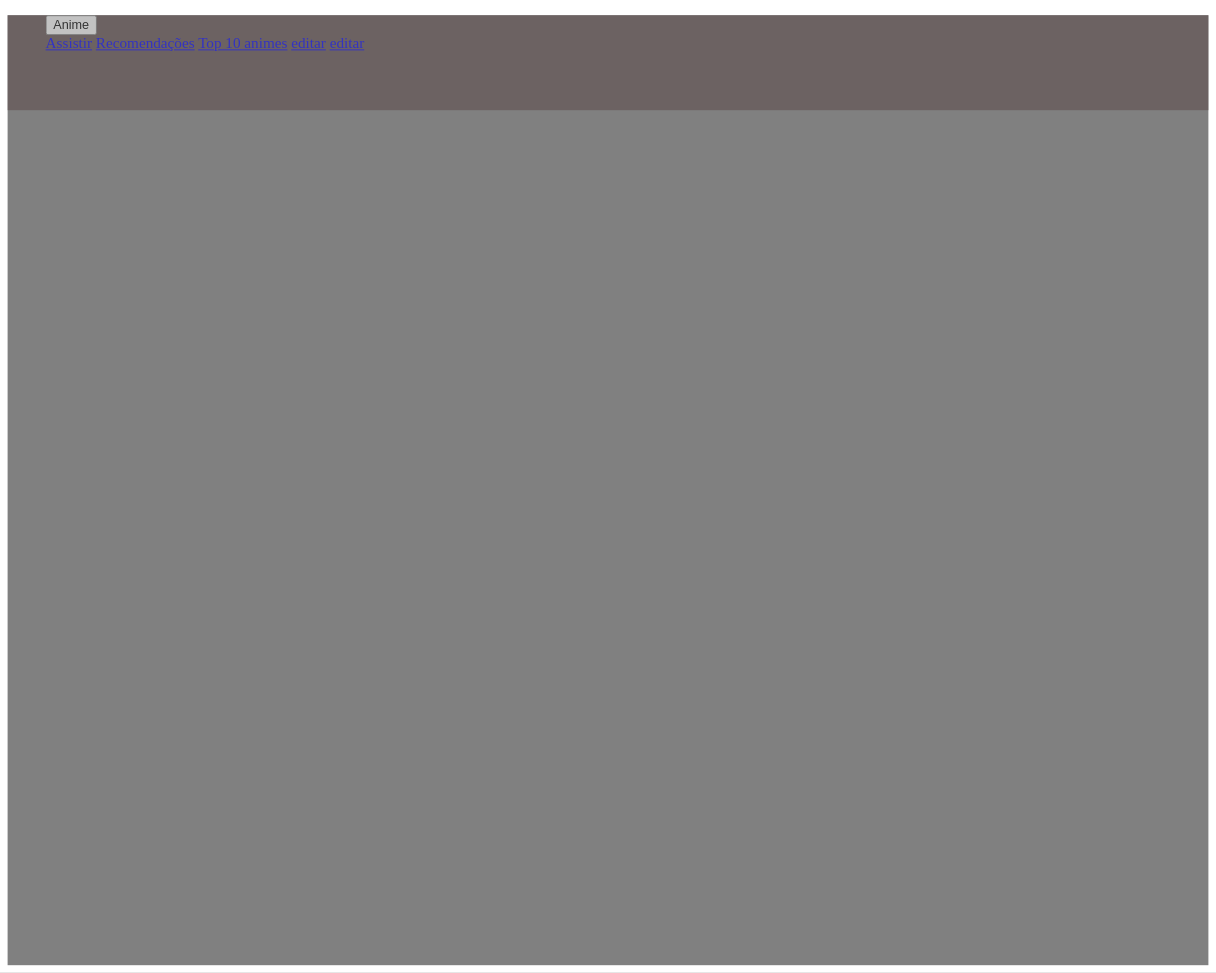
Repository: iraiore/trabalho-web-i-anime
Page: index.html
The author's editor kept a copy of each file at every save. The page is drawn from the files as they stood at one save, then again after a run of saves.
The browser window is 1280 px wide. The pictures show the whole page, at 95% of full size.

Above is the page before, as saved 2023-08-28 22:23:14.

### index.html
<!DOCTYPE html>
<html lang="en">
<head>
    <meta charset="UTF-8">
    <meta http-equiv="X-UA-Compatible" content="IE=edge">
    <meta name="viewport" content="width=device-width, initial-scale=1.0">
    <title>Document</title>
    <link rel="stylesheet" type="text/css" href="style.css">
</head>
<body>
    <div id="site">
        <div id="header">
            <menu>
                <div class="menu-dropdown" style="float:left;">
                    <button class="botao-menu">Anime</button>
                    <div class="lista-opcoes">
                    <a href="#">Assistir</a>
                    <a href="#">Recomendações</a>
                    <a href="#">Top 10 animes</a>
                    <a href="#">editar</a>
                    <a href="#">editar</a>
                </div>
            </menu>
        </div>
    </div>
</body>
</html>

### style.css
/*configuração da pagina do site - METODOLOGIA TABLELESS*/
#site{
    /* Definimos a largura da página */
    width:100%;
    /* Definirmos a altura da página*/
    height:1000px;
    /* Aqui definiremos a posição que a página ocupará na tela, nesse caso estamos definindo que fique centralizado na tela*/
    /*top : posição de cima */
    margin-top:0;
    /* left: posição de esquerda*/
    margin-left:auto;
    /* bottom : posição de baixo */
    margin-bottom:0;
    /* right : posição de direita */
    margin-right:auto;
    /* Aqui definiremos a cor de fundo da página */
    background-color:gray;
  }
#header{
    /*Novamente definimos a largura da div*/
    width:100%;
    /* altura da div */
    height:100px;
    /* Cor de fundo da div */
    background-color:rgb(95, 79, 79);
    opacity: 60%;
    }

After the next 4 saves:
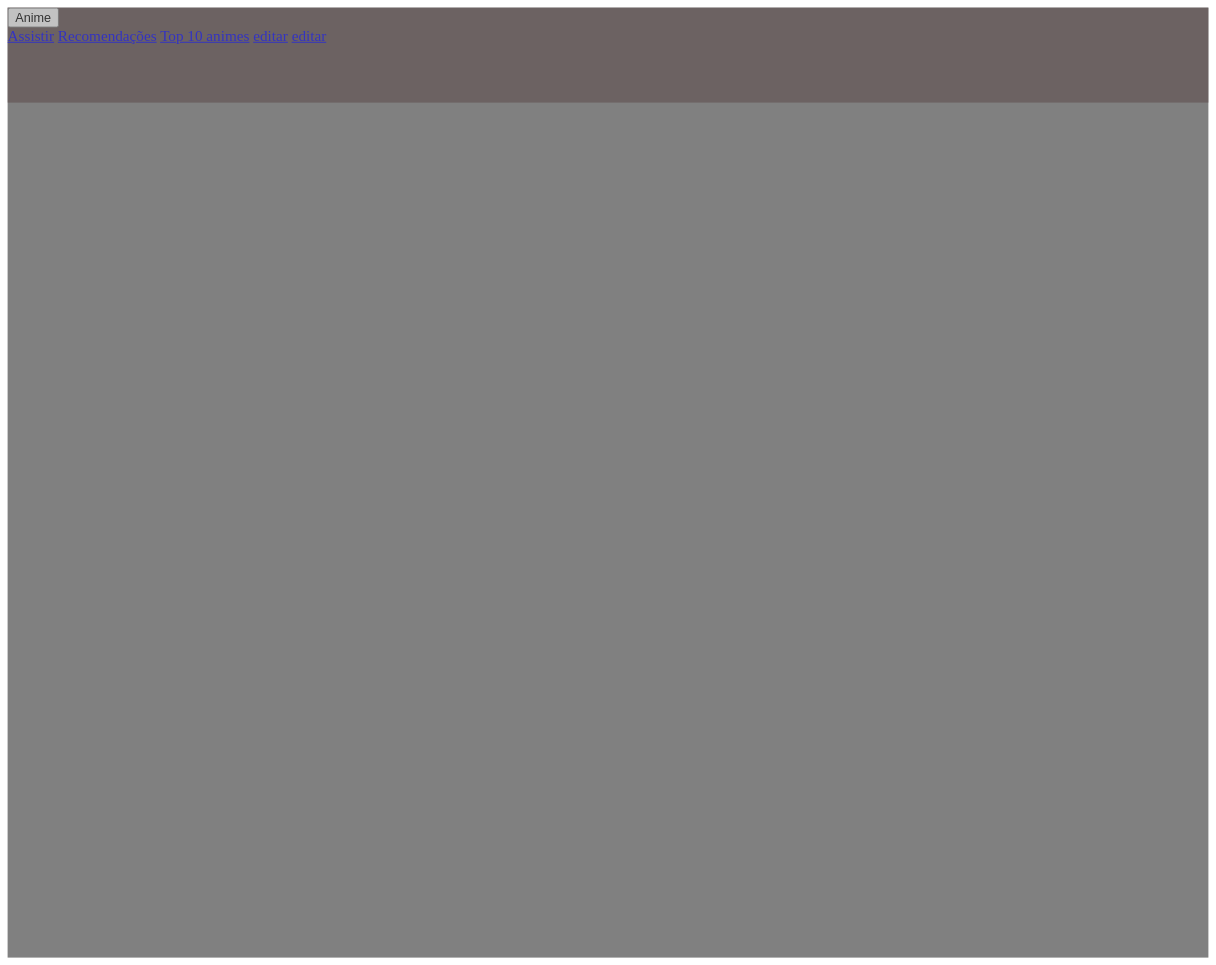
The 4 saves are shown as one change because they came seconds apart.
The last was saved 15 s later.
--- a/index.html
+++ b/index.html
@@ -10,7 +10,7 @@
 <body>
     <div id="site">
         <div id="header">
-            <menu>
+            <div class="menu">
                 <div class="menu-dropdown" style="float:left;">
                     <button class="botao-menu">Anime</button>
                     <div class="lista-opcoes">
